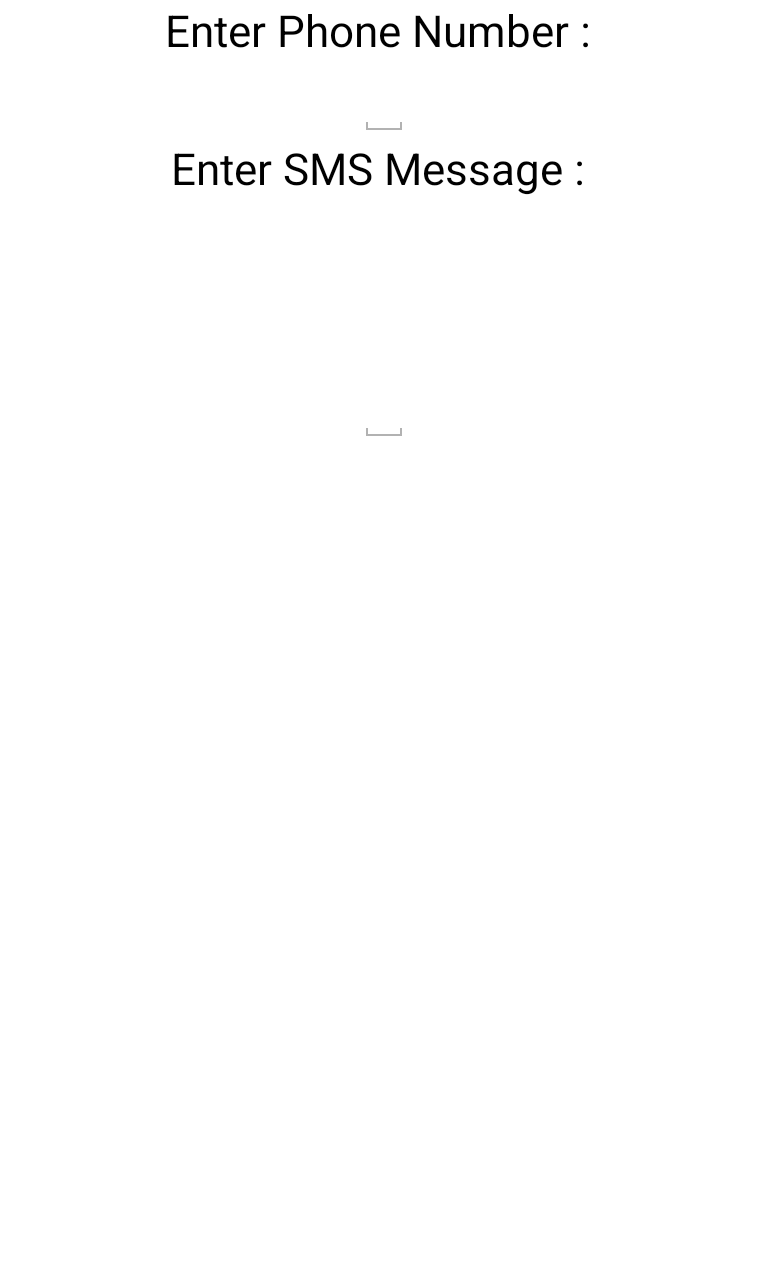
Repository: maya-alba/BasicInterface
Layout: SendSMS/res/layout/send_layout.xml
These files come from the project's save history. The layout is drawn as it stood at one moment and after the next save; the edit follows.
It is drawn on a 768 x 1280 px phone screen (xhdpi) without system bars, with theme AppTheme; the app's code is not run.

Above is the layout before, as saved 2014-03-23 03:51:13.

After the next save:
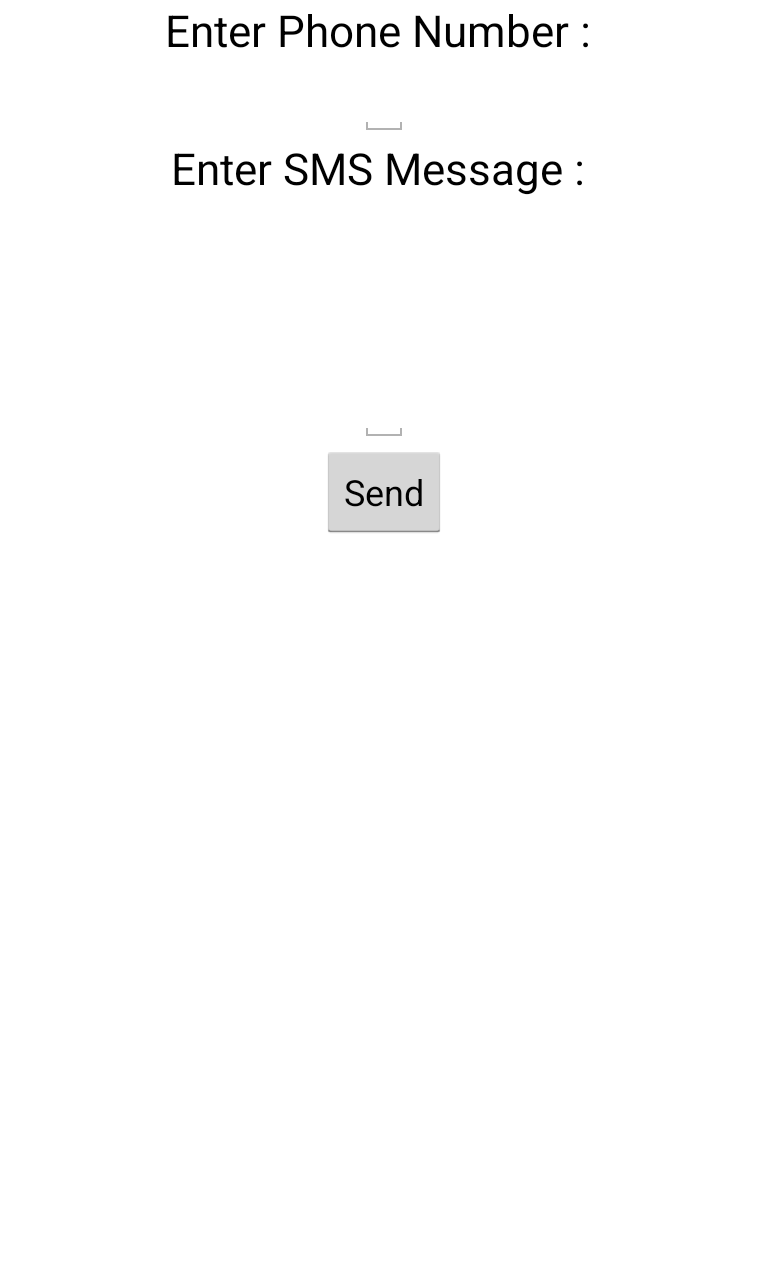
Saved 13 s later.
--- a/SendSMS/res/layout/send_layout.xml
+++ b/SendSMS/res/layout/send_layout.xml
@@ -40,7 +40,7 @@
 
     <Button
         android:id="@+id/buttonSend"
-        android:layout_width="warp_content"
+        android:layout_width="wrap_content"
         android:layout_height="wrap_content"
         android:layout_gravity="center_horizontal"
         android:text="Send" />
